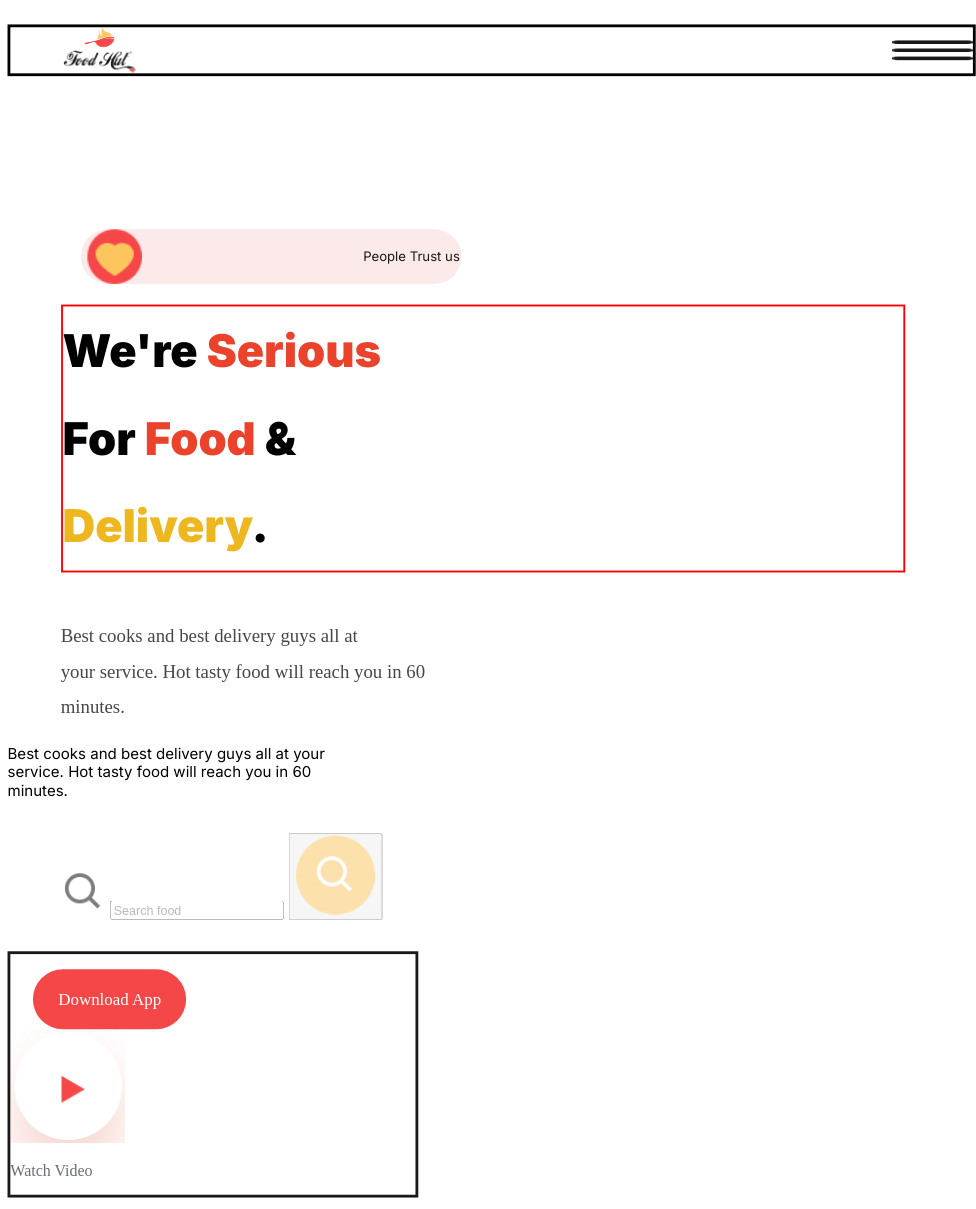
Repository: ReyhanehRahmani/Food-Hut
Page: FoodHut.html
An editor plug-in stored every save of this project. The page is shown before and after the next save, followed by the edit.
The browser window is 1024 px wide. The page is 1038 px wide, so the pictures cover 1038 px, including what lies to the right of the window. The pictures show the whole page, at 94% of full size.
Some web fonts or font styles are not loaded; a fallback is used.

Above is the page before, as saved 2025-05-28 23:33:35.

After the next save:
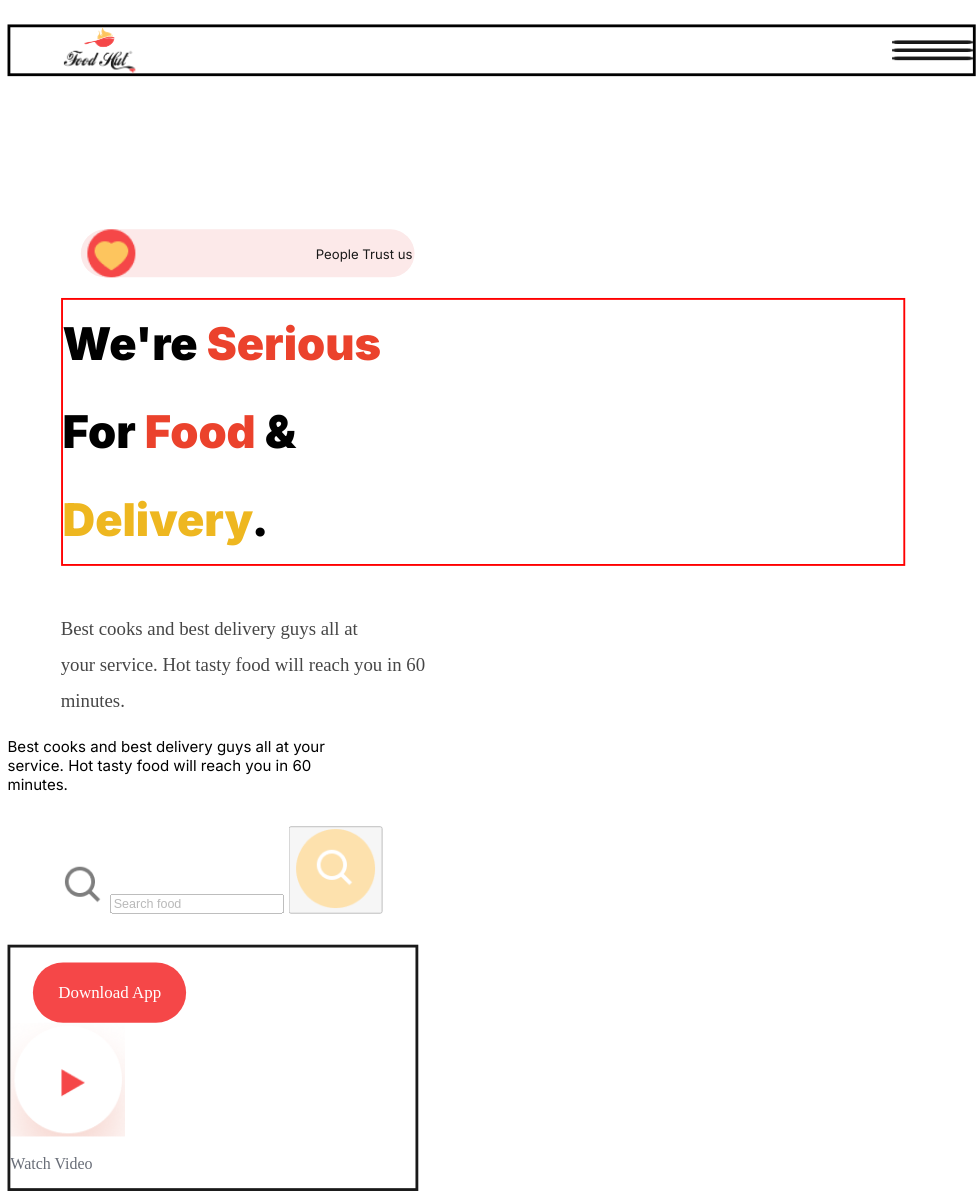
Saved 8 s later.
--- a/FoodHut.css
+++ b/FoodHut.css
@@ -57,7 +57,7 @@ body {
     display: flex;
     justify-content: space-between;
     gap: 1.438848921%;
-    width: 40.226415094%;
+    width: 35.226415094%;
     height: 4.261796043%;
     align-items: center;
     border-radius: 100px;
